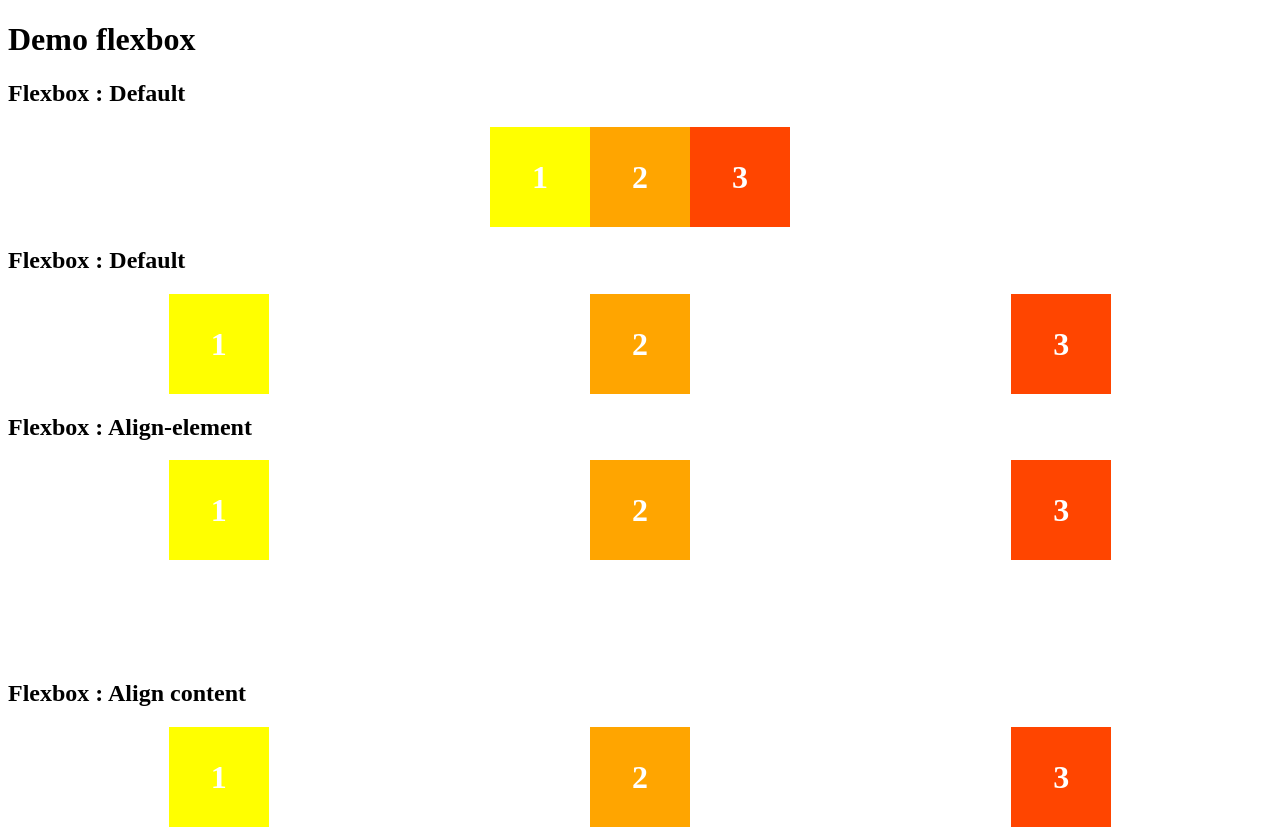
Repository: cvTuananh/Wed-famework
Page: Lab04/lab04/demo07.html
These files come from the project's save history. The page is drawn as it stood at one moment and after the next save; the edit follows.
The browser window is 1280 px wide. The pictures show the whole page.

Above is the page before, as saved 2021-09-28 20:57:04.

After the next save:
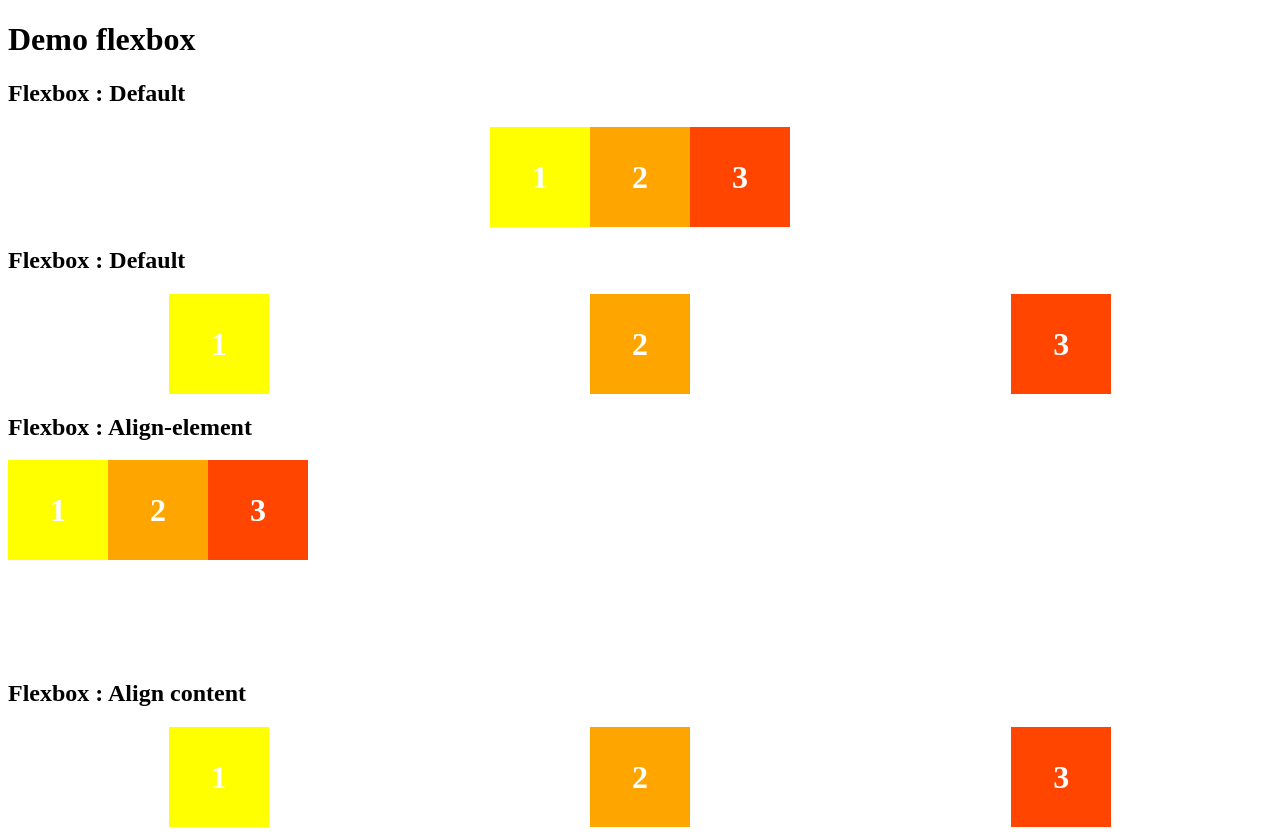
Saved 9 s later.
--- a/Lab04/lab04/demo07.html
+++ b/Lab04/lab04/demo07.html
@@ -34,7 +34,7 @@
         .box3{
             display: flex;
             height: 200px;
-            justify-content: space-around;
+
         }
         .box4{
             display: flex;
